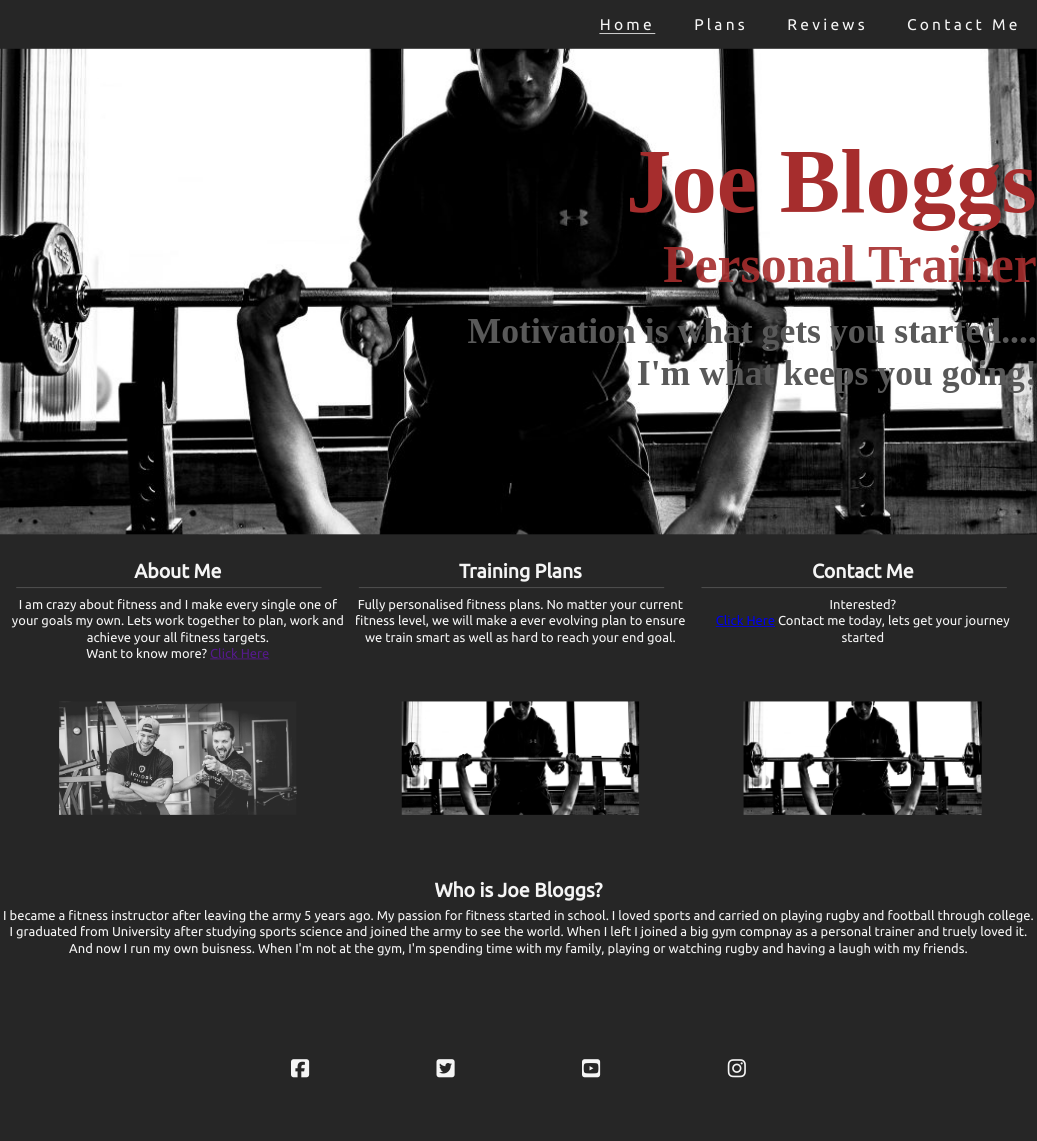
Repository: ClaireRoberts1403/Joe-Bloggs-Personal-Trainer
Page: html/index.html
The author's editor kept a record of every edit. The page is drawn from the files as they stood at one moment, then again after the next edit.
The browser window is 1280 px wide. The pictures show the whole page, at 81% of full size.
Some web fonts or font styles are not loaded; a fallback is used. Some web libraries are served in a nearby version.

Above is the page before.

After the next edit:
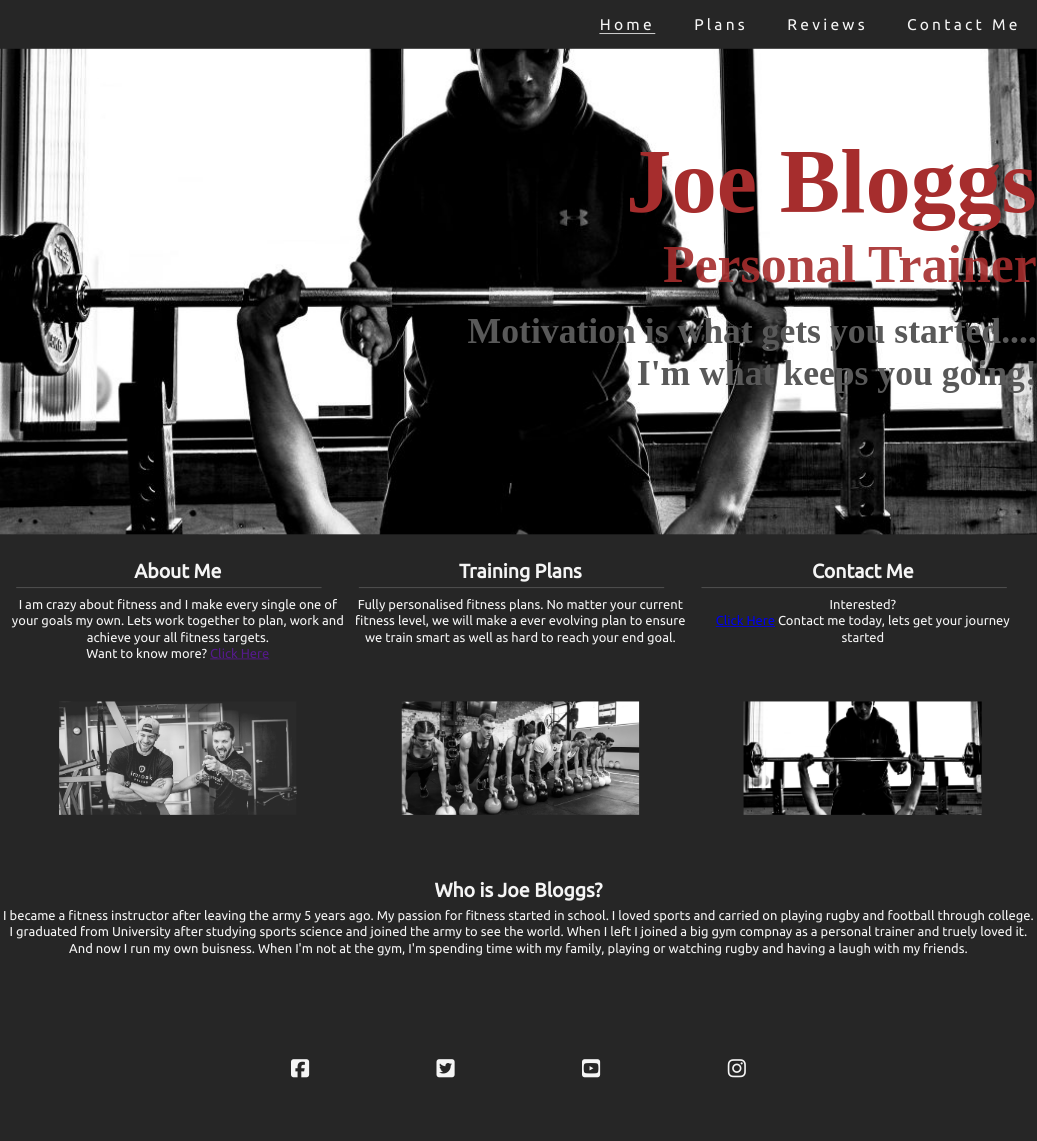
The edit:
--- a/assets/style.css
+++ b/assets/style.css
@@ -159,7 +159,7 @@
 }
 
 .indeximage2 {
-    background: url("../images/heroimage.jpg");
+    background: url("../images/indeximage2.jpg");
     padding-top: 10px;
     width: 70%;
     height: 130px;
